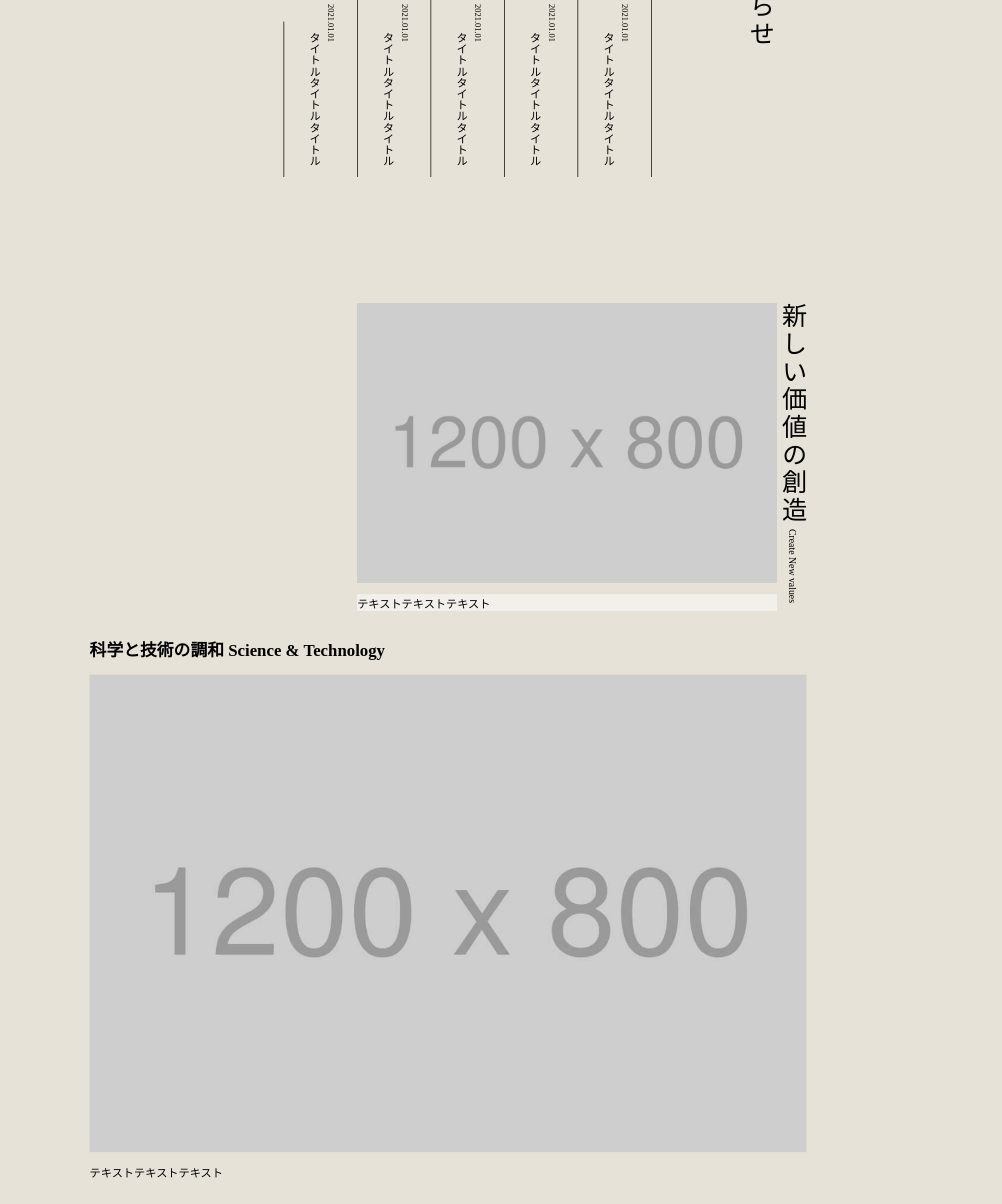
Repository: Fuki-san/wagashi
Page: http://localhost/wagashi
The author's editor kept a copy of each file at every save. The page is drawn from the files as they stood at one save, then again after the next save.
The browser window is 1280 px wide. The page is 1432 px wide, so the pictures cover 1432 px, including what lies to the right of the window. The pictures show the part of the page from y = 1117 to 2837 px (the page is 3663 px tall), at 70% of full size.
Pictures or frames that could not be fetched are drawn as grey boxes. The page is served by the project's Laravel application, run on PHP 8.4 with Laravel 10. Other server files are loaded and not shown.

Above is the page before, as saved 2023-12-09 16:23:30.

### routes/web.php
<?php

use Illuminate\Support\Facades\Route;
use Spatie\FlareClient\View;

/*
|--------------------------------------------------------------------------
| Web Routes
|--------------------------------------------------------------------------
|
| Here is where you can register web routes for your application. These
| routes are loaded by the RouteServiceProvider and all of them will
| be assigned to the "web" middleware group. Make something great!
|
*/

Route::get('/', function () {
    return view('welcome');
});

Route::get('wagashi', function() {
    return View('wagashi');
})->name('wagashi');

### resources/views/wagashi.blade.php
@extends('layouts.main')

@section('title', 'wagashi')

@section('content')
    <header id="header">
        <h1 class="site-title"><a href="#"><img src="img/logo.svg" alt=""></a></h1>
        <nav id="nav">
            <ul>
                <li><a href="#news">お知らせ</a></li>
                <li><a href="#products1">商品のご紹介</a></li>
                <li><a href="#shop">店舗のご案内</a></li>
            </ul>
        </nav>

        <div class="onlinestore">
            <a href="#" target="_blank" rel="noopener noreferrer">オンラインストアで見る</a>
        </div>
    </header>

    <main>
        <section id="news" class="wrapper">
                <h2 class="sec-title">
                    <span class="en">News</span>
                    <span class="ja">お知らせ</span>
                </h2>
                <dl class="list">
                    <dt>2021.01.01</dt>
                    <dd>タイトルタイトルタイトル</dd>
                    <dt>2021.01.01</dt>
                    <dd>タイトルタイトルタイトル</dd>
                    <dt>2021.01.01</dt>
                    <dd>タイトルタイトルタイトル</dd>
                    <dt>2021.01.01</dt>
                    <dd>タイトルタイトルタイトル</dd>
                    <dt>2021.01.01</dt>
                    <dd>タイトルタイトルタイトル</dd>
                </dl>
        </section>

        <section id="products1" class="wrapper products">
                <h2 class="sec-title">
                    <span class="ja">新しい価値の創造</span>
                    <span class="en">Create New values</span>
                </h2>
                <div class="img">
                    <img src="img/products1.jpg" alt="">
                    <p class="text">テキストテキストテキスト</p>
                </div>
        </section>

        <section id="products2" class="wrapper products">
                <h2 class="sec-title">
                    <span class="ja">科学と技術の調和</span>
                    <span class="en">Science & Technology</span>
                </h2>
                <div class="img">
                    <img src="img/products2.jpg" alt="">
                    <p class="text">テキストテキストテキスト</p>
                </div>
        </section>

        <div id="shop">
            <iframe
                src="https://www.google.com/maps/embed?pb=!1m18!1m12!1m3!1d3239.6566078781802!2d139.80812547512744!3d35.710067028390604!2m3!1f0!2f0!3f0!3m2!1i1024!2i768!4f13.1!3m3!1m2!1s0x60188ed0d12f9adf%3A0x7d1d4fb31f43f72a!2z5p2x5Lqs44K544Kr44Kk44OE44Oq44O8!5e0!3m2!1sja!2sjp!4v1702090119178!5m2!1sja!2sjp"
                width="600" height="450" style="border:0;" allowfullscreen="" loading="lazy"
                referrerpolicy="no-referrer-when-downgrade" width="100%"></iframe>
        </div>
    </main>

    <footer id="footer">
        <div class="flex">
            <div class="left">
                <p><a href="#">オンラインストアで見る</a> | <a href="#">お問い合わせ</a></p>
            </div>
            <div class="right">
                <div class="logo"><img src="img/logo.svg" alt=""></div>
                <p class="info">
                    〒06-0032...<br>
                    電話: <a href="tel:03///"></a></p>
                <ul class="menu">
                    <li><a href="#news">お知らせ</a></li>
                    <li><a href="#products1">商品のご紹介</a></li>
                    <li><a href="#shop">店舗のご案内</a></li>
                </ul>
            </div>
        </div>
        <p class="cpright">&copy; SOUSAKU</p>
    </footer>
@endsection

### resources/views/layouts/main.blade.php
<!DOCTYPE html>
<html lang="ja">
<head>
    <meta charset="UTF-8">
    <meta name="viewport" content="width=device-width, initial-scale=1.0">
    <meta http-equiv="X-UA-Compatible" content="ie=edge">
    <link rel="stylesheet" href="{{ asset('css/reset.css') }}">
    <link rel="stylesheet" href="{{ asset('css/style.css') }}">
    <link rel="icon" href="img/favicon.ico">
    <title>@yield('title')</title>
</head>
<body>
    @yield('content')
</body>
</html>

### public/css/style.css
@charset "UTF-8";
html{
    font-size: 100%;
}
body{
    color: #000;
    font-family: 'Noto serif JP', serif;
    background-color: #e6e2d7;
}
img{
    max-width: 100%;
    vertical-align: bottom;
}
a{
    text-decoration: none;
    color: #fff;
}
li{
    list-style: none;
}

.site-title a{
    display: block;
}

.site-title{
    line-height: 1px;
    margin-left: 60px;
}

.site-title img{
    width: 40px;
}
.wrapper{
    width: 100%;
    max-width: 1024px;
    margin: 0 auto;
    padding: 0 20px;
}
/* headerr */

#header{
    height: 100vh;
    width: 100%;
    background-image: url(../img/mainvisual-pc.jpg);
    background-position: top center;
    background-size: cover;
    background-repeat: no-repeat;
    margin-bottom: 180px;
    padding: 60px 80px;

    position: relative;

    writing-mode: vertical-rl;
    -ms-writing-mode: vertical-rl;
    -moz-writing-mode: vertical-rl;
    -webkit-writing-mode: vertical-rl;
}
#header .onlinestore{
    position: absolute;
    bottom: 30px;
    left: 40px;
    background-color: rgba(255, 255, 255, 0.2);
    padding: 8px;
}
.onlinestore a{
    display: block;
    border: 1px solid #ccc;
    padding: 30px 18px;
}
#header a:hover{
    opacity: 0.7;
}
#header #nav li{
    margin-left: 25px;
}

/* newsss */

#news{
    margin-bottom: 180px;
    display: flex;
    flex-direction: row-reverse;
}
#news .sec-title{
    writing-mode: vertical-rl;
    -moz-writing-mode: vertical-rl;
    -webkit-writng-mode: vertical-rl;
    -ms-wrinting-mode: tb-rl;

    font-weight: normal;
    line-height: 1;
    /* margin-left: 50px; */
}
#news .sec-title .en{
    display: block;
    font-size: 0.875rem;
    margin-left: 15px;
}
#news .sec-title .ja{
    display: block;
    font-size: 2.25rem;
    letter-spacing: 0.1em;
}
#news .list{
    writing-mode: vertical-rl;
    -moz-writing-mode: vertical-rl;
    -webkit-writng-mode: vertical-rl;
    -ms-wrinting-mode: tb-rl;
    padding: 80px 100px 0 0;
}
#news .list dt{
    border-right: solid 1px #000;
    font-size: 0.75rem;
    padding: 15px 30px 15px 5px;
}
#news .list dd{
    padding: 15px 0 15px 30px;
}

#news .list dd:last-child{
    border-left: solid 1px #000;
}

/* produ */
#products1{
    display: flex;
    flex-direction: row-reverse;
}
#products1 .sec-title{
    writing-mode: vertical-rl;
    -moz-writing-mode: vertical-rl;
    -webkit-writng-mode: vertical-rl;
    -ms-wrinting-mode: tb-rl;

    line-height: 1px;
    font-weight: normal;
}
#products1 .ja{
    font-size: 2.25rem;
    letter-spacing: 0.1em;
}
#products1 .en{
    font-size: 0.875rem;
}
#products1 .img{
    width: 600px;
}
#products1 .img .text{
    background-color: rgba(255, 255, 255, 0.5)
}

### public/img/logo.svg
<?xml version="1.0" encoding="utf-8"?>
<!-- Generator: Adobe Illustrator 15.1.0, SVG Export Plug-In . SVG Version: 6.00 Build 0)  -->
<!DOCTYPE svg PUBLIC "-//W3C//DTD SVG 1.1//EN" "http://www.w3.org/Graphics/SVG/1.1/DTD/svg11.dtd">
<svg version="1.1" id="レイヤー_1" xmlns="http://www.w3.org/2000/svg" xmlns:xlink="http://www.w3.org/1999/xlink" x="0px"
	 y="0px" width="57.4775391px" height="131.578125px" viewBox="0 0 57.4775391 131.578125"
	 style="enable-background:new 0 0 57.4775391 131.578125;" xml:space="preserve">
<style type="text/css">
<![CDATA[
	.st0{fill:#FFFFFF;}
]]>
</style>
<g>
	<path class="st0" d="M28.3789063,35.8789063l6.5400391,4.859375c-0.3603516,0.4804688-1.2001953,1.0800781-2.3398438,1.2607422
		v12.0595703c-0.0605469,0.359375-3.4199219,1.5-5.5195313,1.5h-1.0800781v-3.6601563H15.2998047v2.6992188
		c0,0.4208984-1.9199219,1.8007813-5.1601563,1.8007813H9.0595703v-10.5
		c-1.7392578,3.2402344-4.2597656,6.2998047-7.9189453,8.8798828l-0.6005859-0.6005859c5.5205078-8.21875,6-18.4785156,6-26.7587891
		v-9.1191406c-1.9199219,1.3798828-3.9599609,2.5800781-6.0595703,3.6591797L0,21.4199219
		C6.1796875,15.6601563,11.3994141,6.4199219,13.5,0l9.7197266,1.9804688
		c-0.2402344,0.7197266-0.7802734,1.0800781-2.3398438,1.3193359c20.5185547,3.7207031,13.3789063,15.9599609,7.9189453,11.8798828
		c-0.9599609-3.4199219-4.0195313-7.9794922-8.5195313-11.2792969c-2.0400391,3.1796875-4.7392578,6.5390625-7.9794922,9.6591797
		H19.5l2.9990234-3.8398438c0,0,3.4804688,2.6396484,5.5800781,4.5595703
		c-0.1796875,0.6601563-0.7802734,0.9609375-1.6201172,0.9609375H11.7001953l-0.2402344-0.9003906
		c-1.1396484,1.0195313-2.3398438,2.0400391-3.5400391,2.9394531l6,2.2207031h10.9189453l3.0605469-3.3603516L34.4384766,21
		c-0.359375,0.4794922-1.2597656,1.0195313-2.4599609,1.3193359v11.9394531
		c-0.0595703,0.3603516-3.359375,1.5605469-5.4589844,1.5605469h-1.0800781v-1.8007813H12.5400391
		C12.4199219,35.21875,12.2402344,36.4189453,12,37.6787109l4.0800781,1.5595703h9.2988281L28.3789063,35.8789063z
		 M25.4394531,32.3388672v-4.6796875H12.8994141c0,1.4404297-0.0595703,3-0.1796875,4.6796875H25.4394531z M12.8994141,21.1796875
		v4.7998047h12.5400391v-4.7998047H12.8994141z M25.9794922,50.1582031v-9.2392578H15.2998047v9.2392578H25.9794922z
		 M43.2587891,41.7587891c0,0.6601563-2.6396484,1.859375-4.9199219,1.859375h-1.1396484V5.2197266L45.2988281,6
		c-0.1201172,0.7802734-0.6005859,1.3203125-2.0400391,1.5605469V41.7587891z M56.7578125,2.1005859
		C56.578125,3,55.9785156,3.6005859,54.5380859,3.7802734v44.8183594c0,4.6796875-0.9599609,7.3193359-8.4599609,8.0390625
		c-0.1796875-2.0996094-0.4794922-3.6591797-1.3798828-4.7392578c-0.9599609-1.0205078-2.2197266-1.7998047-5.0996094-2.2197266
		v-0.8408203c0,0,5.9394531,0.3603516,7.2001953,0.3603516c0.9599609,0,1.2597656-0.2998047,1.2597656-1.0800781V1.2001953
		L56.7578125,2.1005859z"/>
	<path class="st0" d="M17.4599609,94.0800781c-0.1806641,0.5390625-0.7207031,0.9589844-1.8603516,1.1992188v34.2587891
		c-0.1201172,0.5400391-3,2.0400391-5.7597656,2.0400391H8.5195313v-31.3789063
		c-2.3994141,2.7597656-4.9794922,5.1601563-7.7392578,7.2001953l-0.7197266-0.5400391
		c5.3398438-7.5,10.9189453-19.6796875,13.9189453-31.6787109l9.5400391,3.1796875
		c-0.2998047,0.7802734-1.0800781,1.2597656-2.4003906,1.2001953c-2.0400391,4.859375-4.3798828,9.2988281-6.9589844,13.3193359
		L17.4599609,94.0800781z M39.9589844,89.7597656v11.0996094h4.7998047l3.6591797-4.7998047
		c0,0,4.140625,3.2998047,6.7197266,5.5800781c-0.1796875,0.6591797-0.8398438,0.9599609-1.6796875,0.9599609H39.9589844v11.3388672
		h5.1591797l4.0205078-5.2197266c0,0,4.4394531,3.5400391,7.1992188,5.9404297
		c-0.1796875,0.6591797-0.8398438,0.9599609-1.7402344,0.9599609H39.9589844v14.0390625
		c0,0.4199219-2.2207031,1.859375-5.9404297,1.859375h-1.3193359V89.7597656h-1.4404297
		c-3.8994141,5.8798828-8.3994141,10.6796875-13.4394531,14.2792969l-0.6601563-0.4794922
		c4.6201172-6.7802734,9.6601563-17.6992188,12.3603516-28.3193359l9.6591797,3.4199219
		c-0.2998047,0.7802734-1.0800781,1.2597656-2.4599609,1.1396484c-1.3798828,2.9404297-2.8203125,5.7597656-4.4394531,8.3398438
		h14.0996094l3.9589844-5.1591797c0,0,4.4404297,3.4794922,7.1396484,5.8193359
		c-0.1796875,0.6601563-0.8398438,0.9599609-1.6796875,0.9599609H39.9589844z"/>
</g>
</svg>

After the next save:
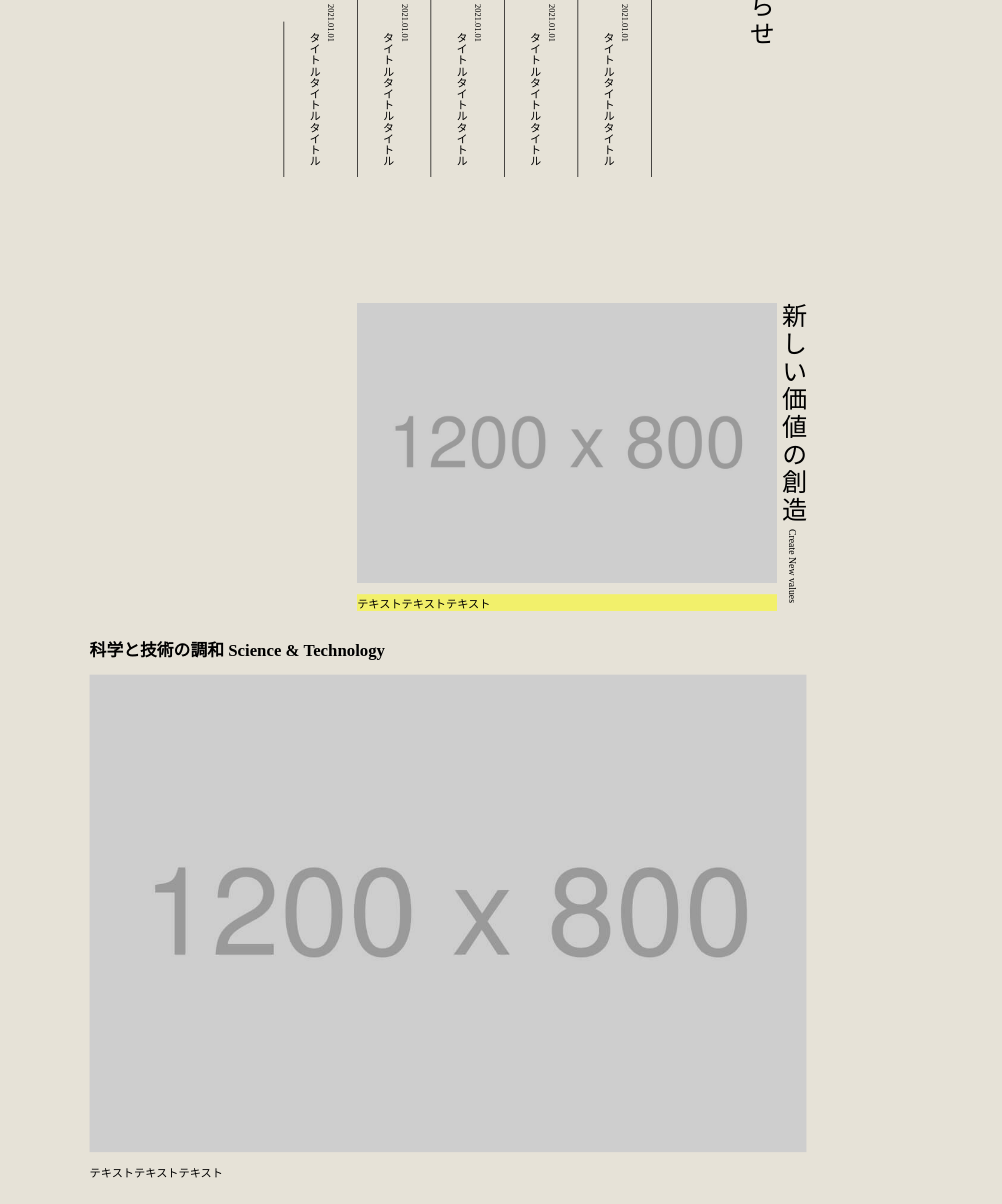
Saved 15 s later.
--- a/public/css/style.css
+++ b/public/css/style.css
@@ -147,5 +147,5 @@ li{
     width: 600px;
 }
 #products1 .img .text{
-    background-color: rgba(255, 255, 255, 0.5)
+    background-color: rgba(255, 255, 0, 0.5)
 }
